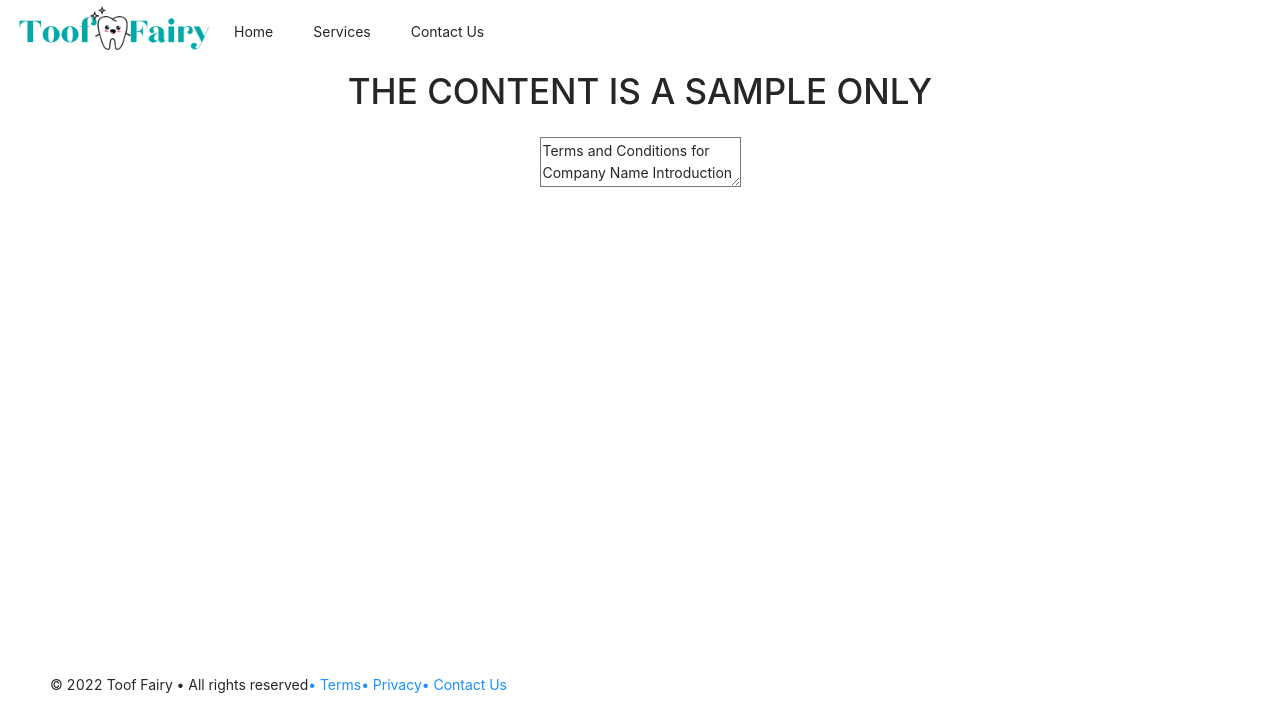
Repository: neldad1/dentist-app
Page: /terms
These files come from the project's save history. The page is drawn as it stood at one moment and after the next save; the edit follows.
The browser window is 1280 px wide. The pictures show the whole page.
An inner scrolling area shows only its first screen. The project was rebuilt for these pictures with package versions that can differ from the ones it lists, and the page was loaded fresh each time. Also part of the build but not shown: src/components/Home.jsx, src/components/Contact.jsx, src/components/Services/ToofImg.jsx, src/components/Services/Cosmetic.jsx, src/components/Services/Restorative.jsx, src/components/Services/Preventative.jsx, src/components/Footer/Privacy.jsx.

Above is the page before, as saved 2022-03-10 14:13:00.

### public/index.html
<!DOCTYPE html>
<html lang="en">
  <head>
    <meta charset="utf-8" />
    <link rel="icon" href="%PUBLIC_URL%/favicon.svg" type="image/svg+xml">
    <meta name="viewport" content="width=device-width, initial-scale=1" />
    <meta name="theme-color" content="#000000" />
    <meta
      name="description"
      content="Web site created using create-react-app"
    />
    <link rel="apple-touch-icon" href="%PUBLIC_URL%/logo192.png" />
    <!--
      manifest.json provides metadata used when your web app is installed on a
      user's mobile device or desktop. See https://developers.google.com/web/fundamentals/web-app-manifest/
    -->
    <link rel="manifest" href="%PUBLIC_URL%/manifest.json" />
    <!--
      Notice the use of %PUBLIC_URL% in the tags above.
      It will be replaced with the URL of the `public` folder during the build.
      Only files inside the `public` folder can be referenced from the HTML.

      Unlike "/favicon.ico" or "favicon.ico", "%PUBLIC_URL%/favicon.ico" will
      work correctly both with client-side routing and a non-root public URL.
      Learn how to configure a non-root public URL by running `npm run build`.
    -->
    <title>React App</title>
  </head>
  <body>
    <noscript>You need to enable JavaScript to run this app.</noscript>
    <div id="root"></div>
    <!--
      This HTML file is a template.
      If you open it directly in the browser, you will see an empty page.

      You can add webfonts, meta tags, or analytics to this file.
      The build step will place the bundled scripts into the <body> tag.

      To begin the development, run `npm start` or `yarn start`.
      To create a production bundle, use `npm run build` or `yarn build`.
    -->
  </body>
</html>

### src/index.js
import React from 'react';
import ReactDOM from 'react-dom';
import './index.css';
import App from './App';
import reportWebVitals from './reportWebVitals';

ReactDOM.render(
  //<React.StrictMode>
  <App />,
  //</React.StrictMode>,
  document.getElementById('root')
);

// If you want to start measuring performance in your app, pass a function
// to log results (for example: reportWebVitals(console.log))
// or send to an analytics endpoint. Learn more: https://bit.ly/CRA-vitals
reportWebVitals();

### src/App.js
import { BrowserRouter } from 'react-router-dom';

import 'antd/dist/antd.min.css';
import './App.css';
import AppRoutes from './AppRoutes';
import { Layout } from 'antd';
import HeaderLogo from './components/Header/HeaderLogo';
import Navigation from './components/Header/Navigation';
import { Link } from 'react-router-dom';
const { Header, Footer, Content } = Layout;

function App() {
  return (
    <BrowserRouter>
      <Layout className="layout">
        <Header className="header">
          <HeaderLogo />
          <Navigation />
        </Header>
        <Content>
          <AppRoutes />
        </Content>
        <Footer className="footer">
          <span>© 2022 Toof Fairy • All rights reserved {''}</span>
          <Link to="/terms">• Terms {''}</Link>
          <Link to="/privacy">• Privacy {''}</Link>
          <Link to="/contact">• Contact Us {''}</Link>
        </Footer>
      </Layout>
    </BrowserRouter>
  );
}

export default App;

### src/App.css

h1 {
  font-size: 2.5em;
}

.layout {
  height: 100vh;
  width: 100vw;
  text-align: center;
  background: #fff;
}

.header {
  background: #fff;
  padding: 0 1em;
}

.menu {
  background: #fff;
  border: none;
  outline: none;
}

.logo {
  width: 200px;
  height: 50px;
  float: left;
  margin-top: 4px;
}

.footer {
  background: #fff;
  display: flex;
}

.intro-wrapper {
  text-align: center;
}

.home {
  width: 100%;
  height: 100%;
  margin: 2em 0;
  display: flex;
  justify-content: center;
  align-items: center;
  background-image: url('/public/tfBackground.jpg');
  background-size: cover;
  background-repeat: no-repeat;
}

.content-wrapper {
  width: 50%;
  font-family: 'Segoe UI', sans-serif;
  margin-left: 10em;
  color: whitesmoke;
  display: block;
}
.tagline1 {
  font-weight: bolder;
  font-size: 2em;
  margin: 0;
  line-height: 1;
}

.contact-form {
  text-align: left;
}

.main-content {
  height: 100%;
  width: 60%;
  overflow-y: scroll;
  display: block;
  margin: 2em auto;
}

.service-info {
  display: flex;
  text-align: left;
  margin-bottom: 1em;
  align-items: center;
}

.service-definition {
  margin-left: 1.5em;
}

@media screen and (max-width: 768px) {
  .main-content {
    width: 100%;
    margin: 0.5em;
  }
}

### src/AppRoutes.jsx
import { Route, Routes } from 'react-router-dom';
import Home from './components/Home';
import Contact from './components/Contact';
import Cosmetic from './components/Services/Cosmetic';
import Restorative from './components/Services/Restorative';
import Preventative from './components/Services/Preventative';
import Terms from './components/Footer/Terms';
import Privacy from './components/Footer/Privacy';

const AppRoutes = () => {
  return (
    <Routes>
      <Route exact path="/" element={<Home />} />
      <Route path="/cosmetic" element={<Cosmetic />} />
      <Route path="/restorative" element={<Restorative />} />
      <Route path="/preventative" element={<Preventative />} />
      <Route path="/contact" element={<Contact />} />
      <Route path="/terms" element={<Terms />} />
      <Route path="/privacy" element={<Privacy />} />
    </Routes>
  );
};

export default AppRoutes;

### src/components/Header/HeaderLogo.jsx
import { Link } from 'react-router-dom';

const HeaderLogo = () => {
  return (
    <Link to="/">
      <img className="logo" src={require('./tfLogo.png')} alt="TF" />
    </Link>
  );
};

export default HeaderLogo;

### src/components/Header/Navigation.jsx
import { Link } from 'react-router-dom';
import { Menu } from 'antd';
const { SubMenu } = Menu;

const Navigation = () => {
  return (
    <Menu mode="horizontal" className="menu">
      <Menu.Item key="home">
        <span>Home</span>
        <Link to="/" />
      </Menu.Item>
      <SubMenu key="subMenu" title="Services">
        <Menu.Item key="cosmetic">
          <span>Cosmetic</span>
          <Link to="/cosmetic" />
        </Menu.Item>
        <Menu.Item key="restore">
          <span>Restorative</span>
          <Link to="/restorative" />
        </Menu.Item>
        <Menu.Item key="prevent">
          <span>Preventative</span>
          <Link to="/preventative" />
        </Menu.Item>
      </SubMenu>
      <Menu.Item key="contact">
        <span>Contact Us</span>
        <Link to="/contact" />
      </Menu.Item>
    </Menu>
  );
};

export default Navigation;

### src/components/Footer/Terms.jsx
const Terms = () => {
  return (
    <div>
      <h1>THE CONTENT IS A SAMPLE ONLY</h1>
      <textarea>
        Terms and Conditions for Company Name Introduction These Website
        Standard Terms and Conditions written on this webpage shall manage your
        use of our website, Webiste Name accessible at Website.com. These Terms
        will be applied fully and affect to your use of this Website. By using
        this Website, you agreed to accept all terms and conditions written in
        here. You must not use this Website if you disagree with any of these
        Website Standard Terms and Conditions. Minors or people below 18 years
        old are not allowed to use this Website. Intellectual Property Rights
        Other than the content you own, under these Terms, Company Name and/or
        its licensors own all the intellectual property rights and materials
        contained in this Website. You are granted limited license only for
        purposes of viewing the material contained on this Website. Restrictions
        You are specifically restricted from all of the following: publishing
        any Website material in any other media; selling, sublicensing and/or
        otherwise commercializing any Website material; publicly performing
        and/or showing any Website material; using this Website in any way that
        is or may be damaging to this Website; using this Website in any way
        that impacts user access to this Website; using this Website contrary to
        applicable laws and regulations, or in any way may cause harm to the
        Website, or to any person or business entity; engaging in any data
        mining, data harvesting, data extracting or any other similar activity
        in relation to this Website; using this Website to engage in any
        advertising or marketing. Certain areas of this Website are restricted
        from being access by you and Company Name may further restrict access by
        you to any areas of this Website, at any time, in absolute discretion.
        Any user ID and password you may have for this Website are confidential
        and you must maintain confidentiality as well. Your Content In these
        Website Standard Terms and Conditions, “Your Content” shall mean any
        audio, video text, images or other material you choose to display on
        this Website. By displaying Your Content, you grant Company Name a
        non-exclusive, worldwide irrevocable, sub licensable license to use,
        reproduce, adapt, publish, translate and distribute it in any and all
        media. Your Content must be your own and must not be invading any
        third-party's rights. Company Name reserves the right to remove any of
        Your Content from this Website at any time without notice. No warranties
        This Website is provided “as is,” with all faults, and Company Name
        express no representations or warranties, of any kind related to this
        Website or the materials contained on this Website. Also, nothing
        contained on this Website shall be interpreted as advising you.
        Limitation of liability In no event shall Company Name, nor any of its
        officers, directors and employees, shall be held liable for anything
        arising out of or in any way connected with your use of this Website
        whether such liability is under contract. Company Name, including its
        officers, directors and employees shall not be held liable for any
        indirect, consequential or special liability arising out of or in any
        way related to your use of this Website. Indemnification You hereby
        indemnify to the fullest extent Company Name from and against any and/or
        all liabilities, costs, demands, causes of action, damages and expenses
        arising in any way related to your breach of any of the provisions of
        these Terms. Severability If any provision of these Terms is found to be
        invalid under any applicable law, such provisions shall be deleted
        without affecting the remaining provisions herein. Variation of Terms
        Company Name is permitted to revise these Terms at any time as it sees
        fit, and by using this Website you are expected to review these Terms on
        a regular basis. Assignment The Company Name is allowed to assign,
        transfer, and subcontract its rights and/or obligations under these
        Terms without any notification. However, you are not allowed to assign,
        transfer, or subcontract any of your rights and/or obligations under
        these Terms. Entire Agreement These Terms constitute the entire
        agreement between Company Name and you in relation to your use of this
        Website, and supersede all prior agreements and understandings.
        Governing Law & Jurisdiction These Terms will be governed by and
        interpreted in accordance with the laws of the State of Country, and you
        submit to the non-exclusive jurisdiction of the state and federal courts
        located in Country for the resolution of any disputes.
      </textarea>
    </div>
  );
};

export default Terms;

Loaded but not shown: src/index.css (common file); src/reportWebVitals.js (common file)

After the next save:
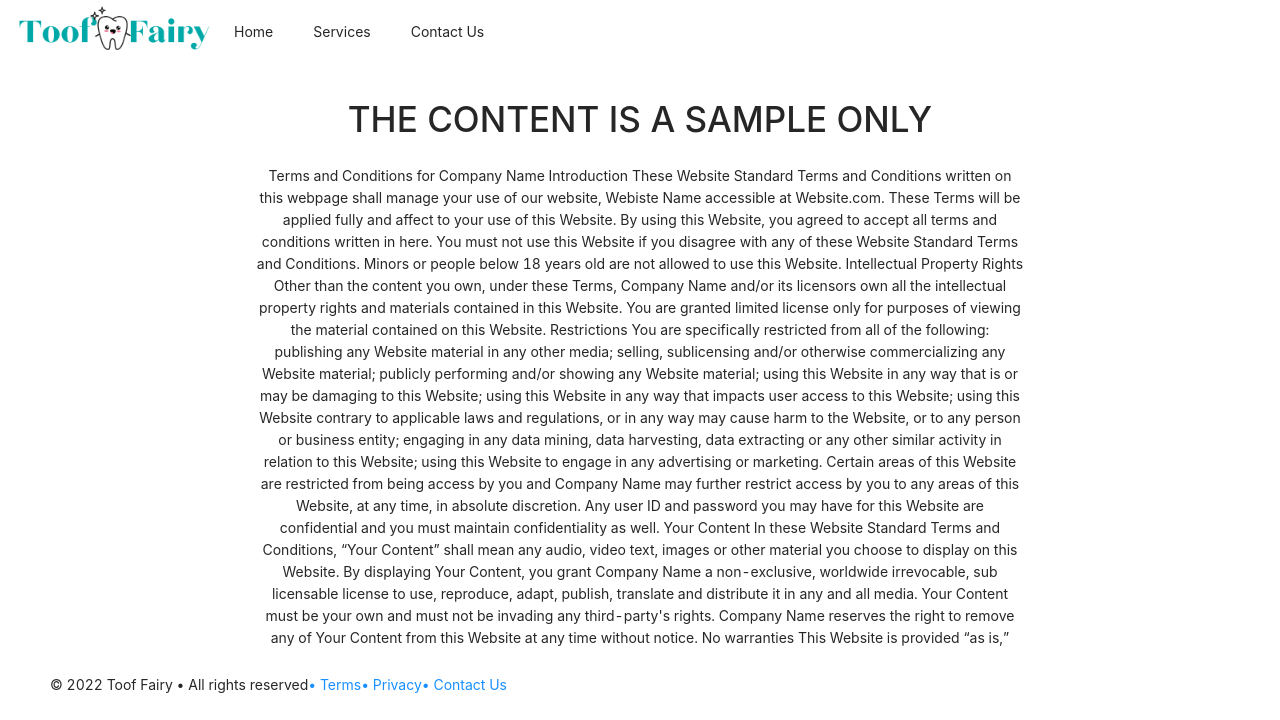
Saved 22 s later.
--- a/src/components/Footer/Terms.jsx
+++ b/src/components/Footer/Terms.jsx
@@ -1,8 +1,8 @@
 const Terms = () => {
   return (
-    <div>
+    <div className="main-content">
       <h1>THE CONTENT IS A SAMPLE ONLY</h1>
-      <textarea>
+      <span>
         Terms and Conditions for Company Name Introduction These Website
         Standard Terms and Conditions written on this webpage shall manage your
         use of our website, Webiste Name accessible at Website.com. These Terms
@@ -68,7 +68,7 @@ const Terms = () => {
         interpreted in accordance with the laws of the State of Country, and you
         submit to the non-exclusive jurisdiction of the state and federal courts
         located in Country for the resolution of any disputes.
-      </textarea>
+      </span>
     </div>
   );
 };
